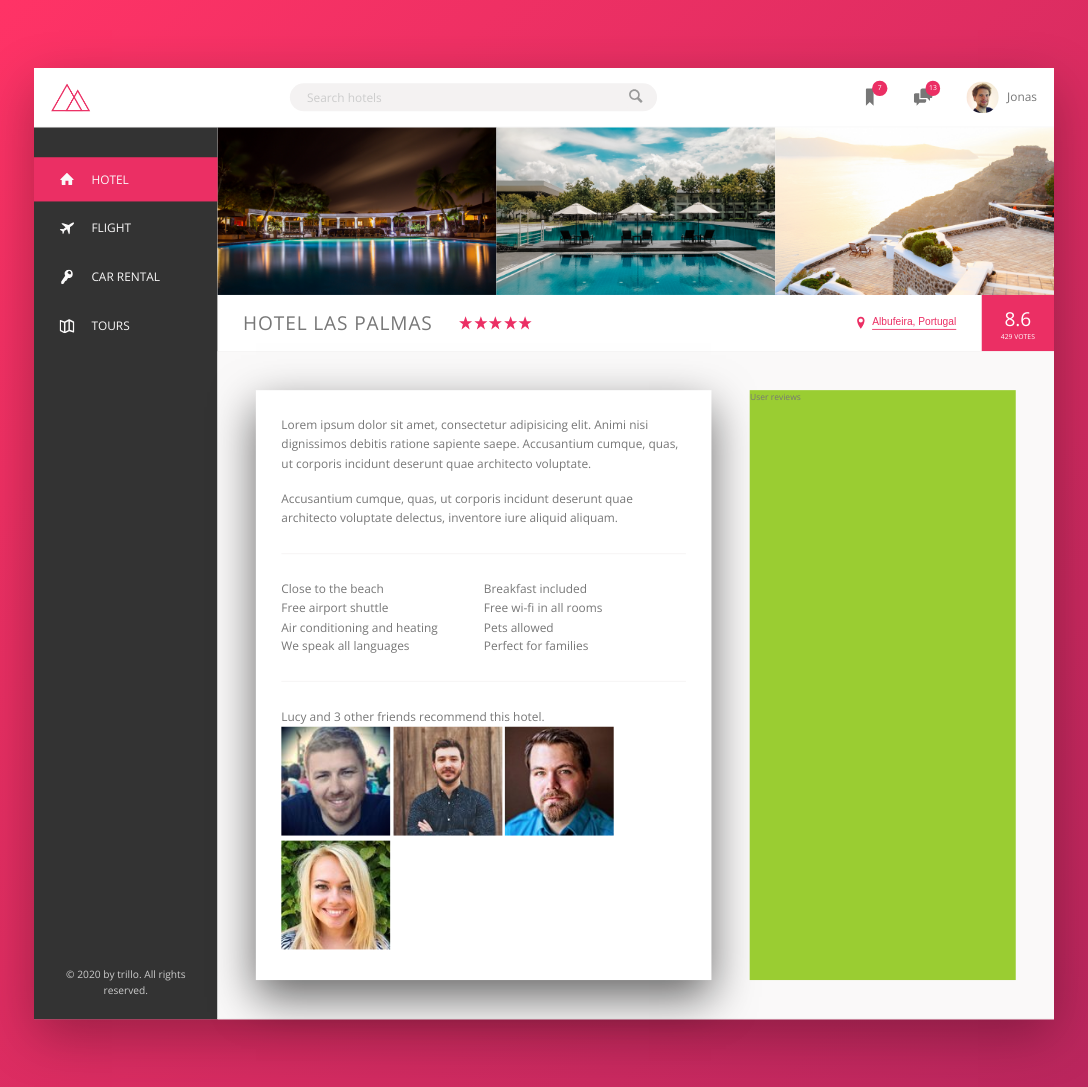
Repository: Lithium87/Trillo
Page: index.html
The author's editor kept a copy of each file at every save. The page is drawn from the files as they stood at one save, then again after the next save.
The browser window is 1280 px wide. The pictures show the whole page, at 85% of full size.
The style sheet was rebuilt from its Sass, Less or Tailwind sources for each picture, by a compiler version that may differ from the author's.

Above is the page before, as saved 2020-05-17 00:14:48.

After the next save:
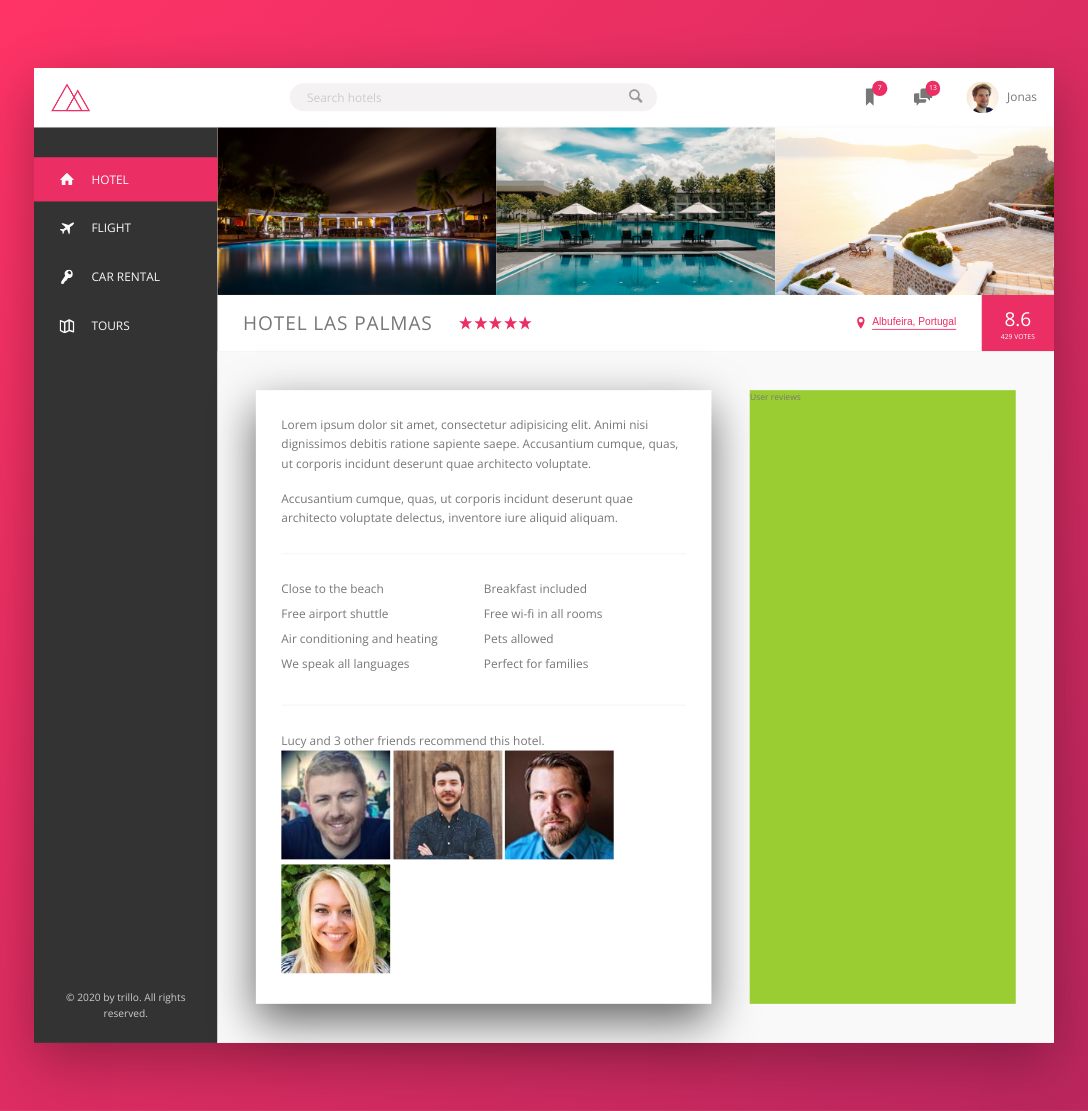
Saved 54 s later.
--- a/sass/_components.scss
+++ b/sass/_components.scss
@@ -275,6 +275,7 @@
     flex-wrap: wrap;
     &__item {
         flex: 0 0 50%;
+        margin-bottom: .7rem;
     }
 }
 
